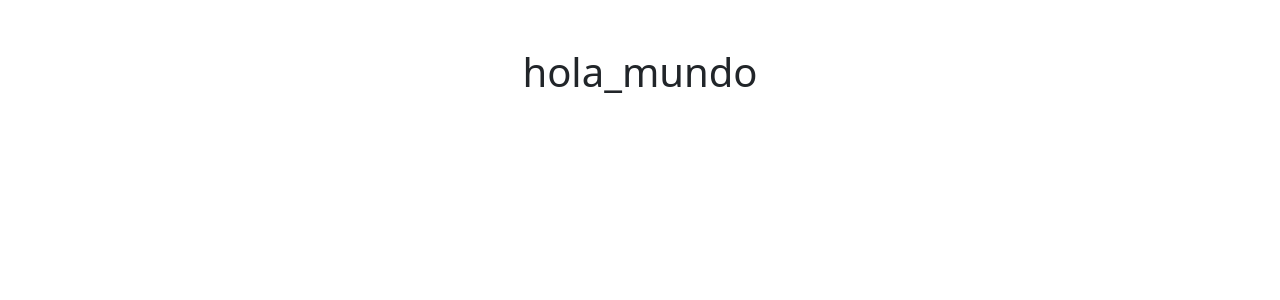
Repository: jorgi710/Prueba-Bootstrap
Page: /
An editor plug-in stored every save of this project. The page is shown before and after the next save, followed by the edit.
The browser window is 1280 px wide. The pictures show the whole page.
The project was rebuilt for these pictures with package versions that can differ from the ones it lists, and the page was loaded fresh each time. Also part of the build but not shown: src/App.css.

Above is the page before, as saved 2021-03-30 10:21:03.

### src/index.js
import React from 'react';
import ReactDOM from 'react-dom';
import App from './App';
import 'bootstrap/dist/css/bootstrap.min.css';


ReactDOM.render(
  <React.StrictMode>
    <App />
  </React.StrictMode>,
  document.getElementById('root')
);

### src/App.js
import './App.css';

function App() {
  return (
    <div className=" container mt-5 text-center">
      <h1>hola_mundo</h1>
      <div className="row">
        <div className="col-4">

        </div>
        <div className="col-4"></div>
        <div className="col-4"></div>
      </div>
    </div>
  );
}

export default App;

### src/components/Header.jsx
import React from 'react'

const Header = () => {
    return (
        <>
            <div>title</div>
            <div>text</div>
            <div>img</div>
            <div>footer</div>
        </>
    )
}

export default Header

Loaded but not shown: public/index.html (common file); src/App.css (no copy from this time; the picture is the same without it)

After the next save:
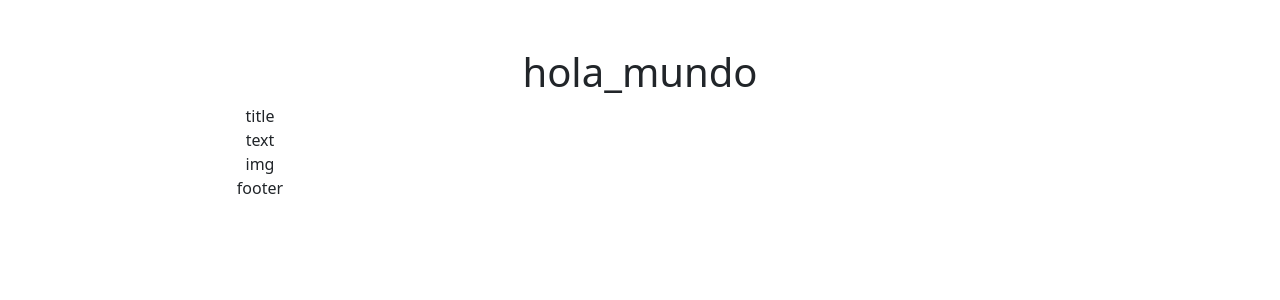
Saved 21 s later.
--- a/src/App.js
+++ b/src/App.js
@@ -1,4 +1,5 @@
 import './App.css';
+import Header from './components/Header';
 
 function App() {
   return (
@@ -6,7 +7,7 @@ function App() {
       <h1>hola_mundo</h1>
       <div className="row">
         <div className="col-4">
-
+          <Header/>
         </div>
         <div className="col-4"></div>
         <div className="col-4"></div>
